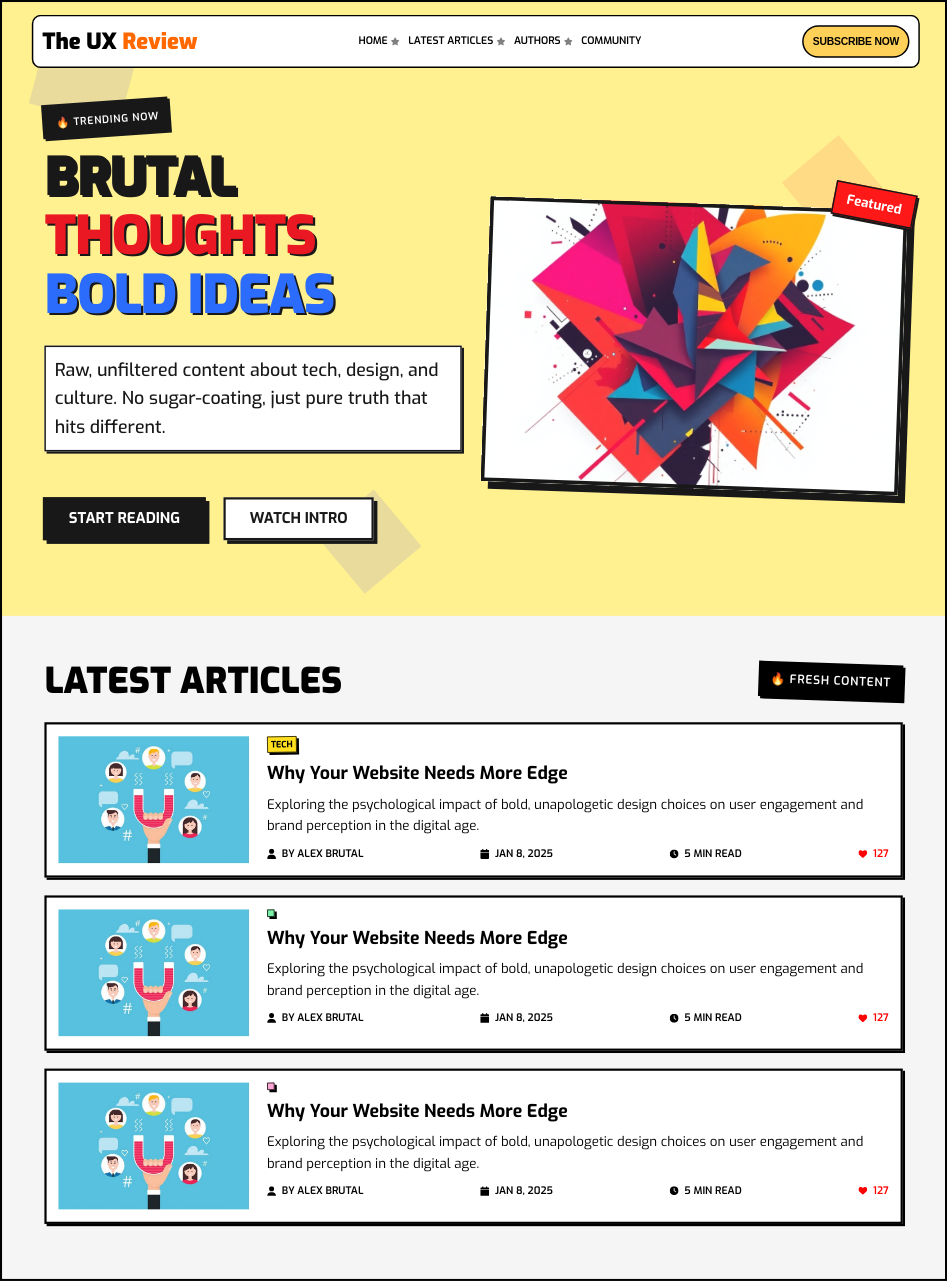
Repository: abdobadawi-ops/Route-Academy-Assignments
Page: Fourth Assignment - the-ux-review-blog/test.html
The author's editor kept a copy of each file at every save. The page is drawn from the files as they stood at one save, then again after the next save.
The browser window is 1280 px wide. The pictures show the whole page, at 74% of full size.

Above is the page before, as saved 2026-05-13 02:07:30.

After the next save:
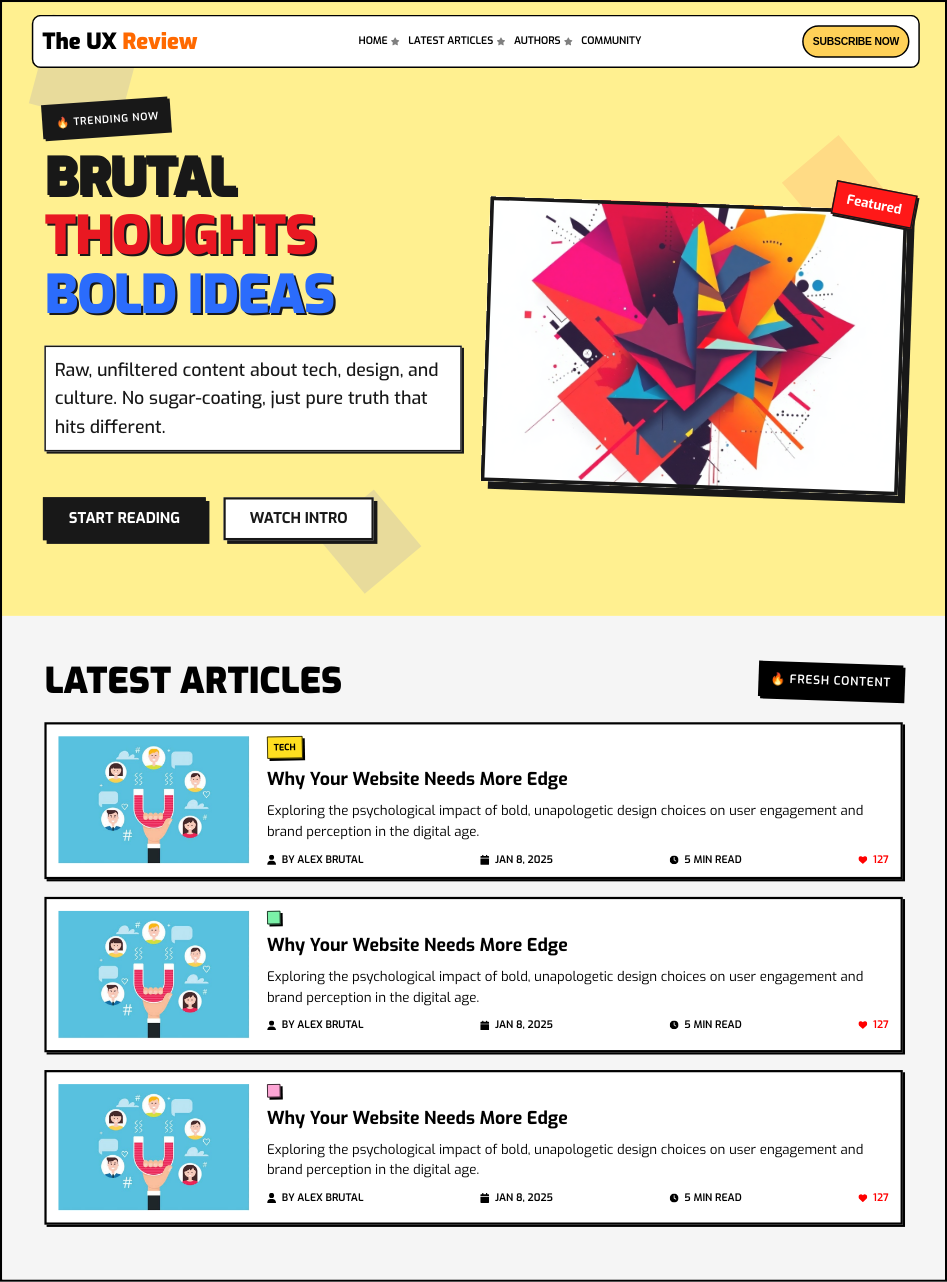
Saved 4 s later.
--- a/Fourth Assignment - the-ux-review-blog/test.css
+++ b/Fourth Assignment - the-ux-review-blog/test.css
@@ -352,7 +352,7 @@ img {
 }
 
 .articles__tag {
-  padding: 0.4rem;
+  padding: 0.8rem;
   font-size: 1.2rem;
   font-weight: 700;
   border: 1px solid #000;
